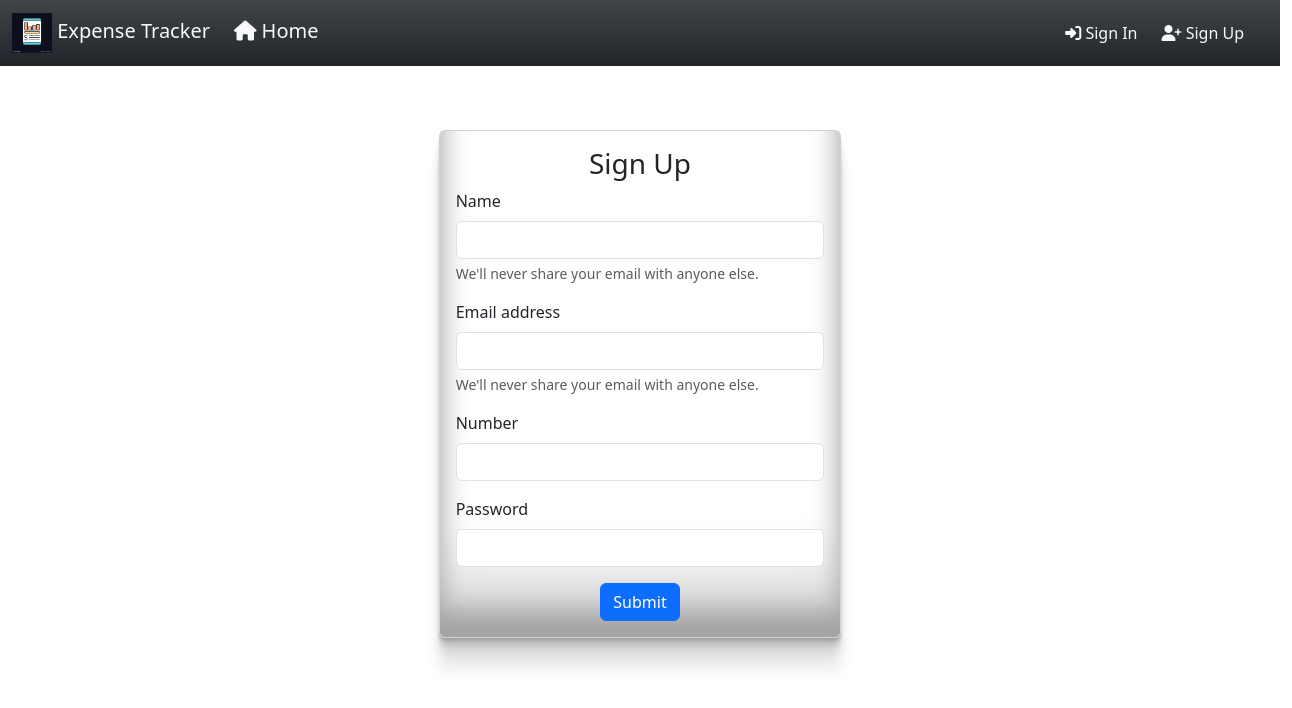
Repository: Gaurav560/OnlineExpenseTracker
Page: http://localhost/Online_Expense_Tracker/register.jsp
The author's editor kept a copy of each file at every save. The page is drawn from the files as they stood at one save, then again after the next save.
The browser window is 1280 px wide. The page is 1292 px wide, so the pictures cover 1292 px, including what lies to the right of the window. The pictures show the whole page.
The page is served by Tomcat 9.

Above is the page before, as saved 2023-05-04 14:47:23.

After the next save:
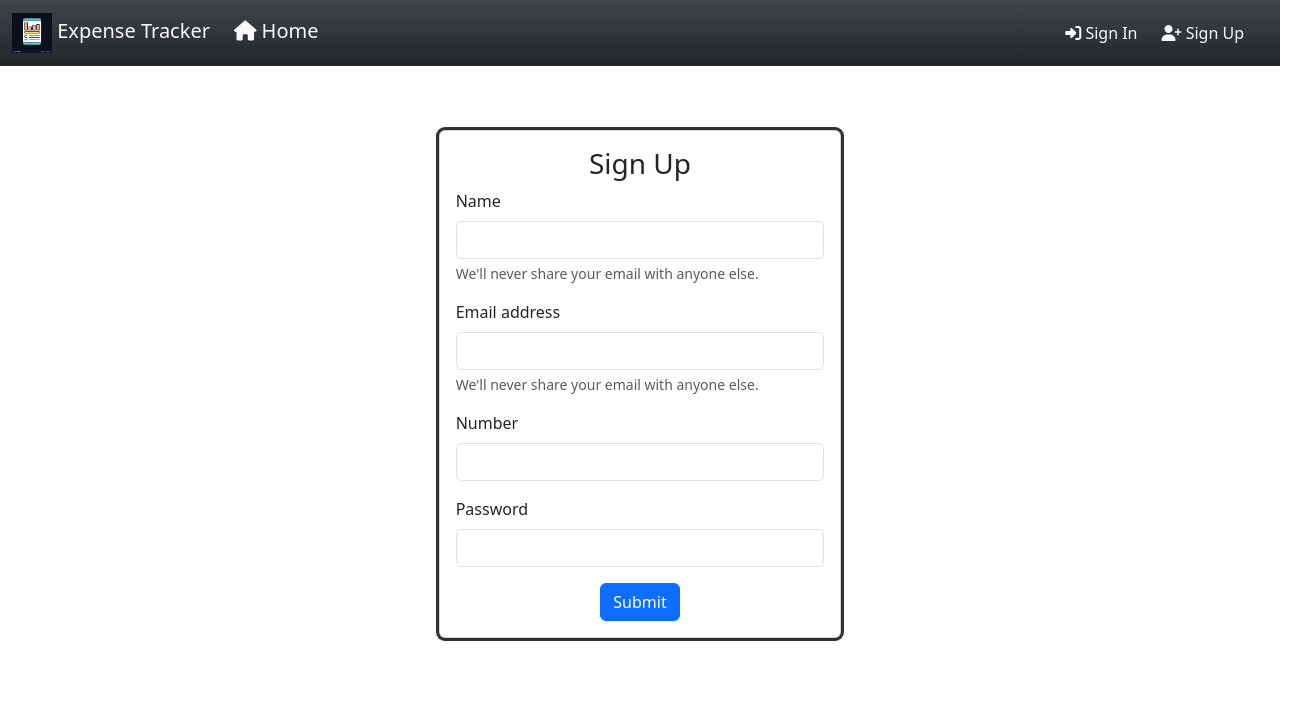
Saved 29 s later.
--- a/Online_Expense_Tracker/src/main/webapp/register.jsp
+++ b/Online_Expense_Tracker/src/main/webapp/register.jsp
@@ -24,11 +24,7 @@
 	<div class="contaier">
 		<div class="row">
 			<div class="col-md-4 offset-md-4 p-3">
-				<div class="card mt-5" style="box-shadow: rgba(0, 0, 0, 0.17) 0px -23px 25px 0px inset,
-		rgba(0, 0, 0, 0.15) 0px -36px 30px 0px inset, rgba(0, 0, 0, 0.1) 0px
-		-79px 40px 0px inset, rgba(0, 0, 0, 0.06) 0px 2px 1px,
-		rgba(0, 0, 0, 0.09) 0px 4px 2px, rgba(0, 0, 0, 0.09) 0px 8px 4px,
-		rgba(0, 0, 0, 0.09) 0px 16px 8px, rgba(0, 0, 0, 0.09) 0px 32px 16px;">
+				<div class="card mt-5" style="box-shadow: rgba(0, 0, 0, 0.16) 0px 1px 4px, rgb(51, 51, 51) 0px 0px 0px 3px;">
 					<div class="card-body">
 						<h3 class="card-title text-center">Sign Up</h3>
 
